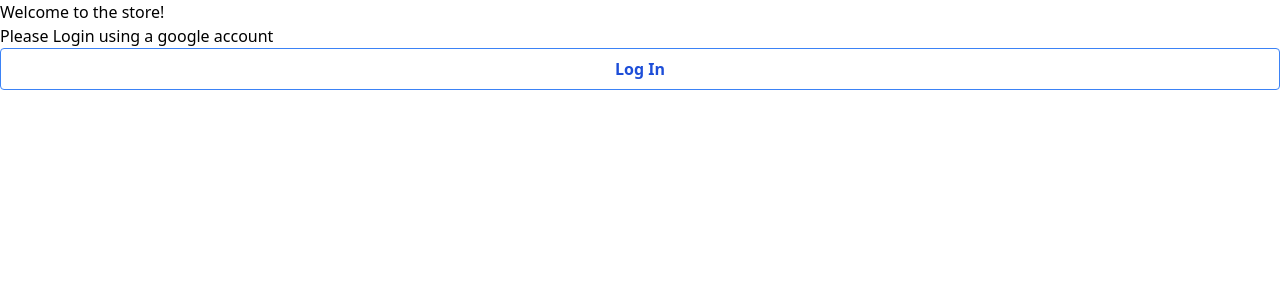
Repository: Siravian-index/rehab-store
Page: /store
These files come from the project's save history. The page is drawn as it stood at one moment and after the next save; the edit follows.
The browser window is 1280 px wide. The pictures show the whole page.
The project was rebuilt for these pictures with package versions that can differ from the ones it lists, and the page was loaded fresh each time. Also part of the build but not shown: craco.config.js, src/components/Footer.jsx, src/components/LogoutButton.jsx, src/components/Navbar.jsx.

Above is the page before, as saved 2021-11-01 08:43:20.

### src/index.js
import React from 'react';
import ReactDOM from 'react-dom';
import App from './App';
import './index.css';
import { Auth0Provider } from '@auth0/auth0-react';

ReactDOM.render(
  <Auth0Provider
    domain='dev-2rv8c3jm.us.auth0.com'
    clientId='SVkXn8UGq2ma8B16C4MihKOtDp8EGrJX'
    redirectUri={window.location.origin}
  >
    <App />
  </Auth0Provider>,
  document.getElementById('root')
);

### src/App.js
import { useAuth0 } from '@auth0/auth0-react';

import Footer from './components/Footer';
import Navbar from './components/Navbar';
import WelcomePage from './components/WelcomePage';

const App = () => {
  const { isAuthenticated, isLoading } = useAuth0();

  if (isLoading) {
    return <div>Loading ...</div>;
  }

  return isAuthenticated ? (
    <div>
      <Navbar />
      {/* action boxes */}
      <Footer />
    </div>
  ) : (
    <WelcomePage />
  );
};

export default App;

### src/components/WelcomePage.jsx
import LoginButton from './LoginButton';

const WelcomePage = () => {
  return (
    <div className='flex flex-col'>
      <h3>Welcome to the store!</h3>
      <p>Please Login using a google account </p>
      <LoginButton />
    </div>
  );
};

export default WelcomePage;

### src/components/LoginButton.jsx
import React from 'react';
import { useAuth0 } from '@auth0/auth0-react';

const LoginButton = () => {
  const { loginWithRedirect } = useAuth0();

  return (
    <button
      className='bg-transparent hover:bg-blue-500 text-blue-700 font-semibold hover:text-white py-2 px-4 border border-blue-500 hover:border-transparent rounded'
      onClick={() => loginWithRedirect()}
    >
      Log In
    </button>
  );
};

export default LoginButton;

Loaded but not shown: public/index.html (common file); src/index.css (common file); tailwind.config.js (common file)

After the next save:
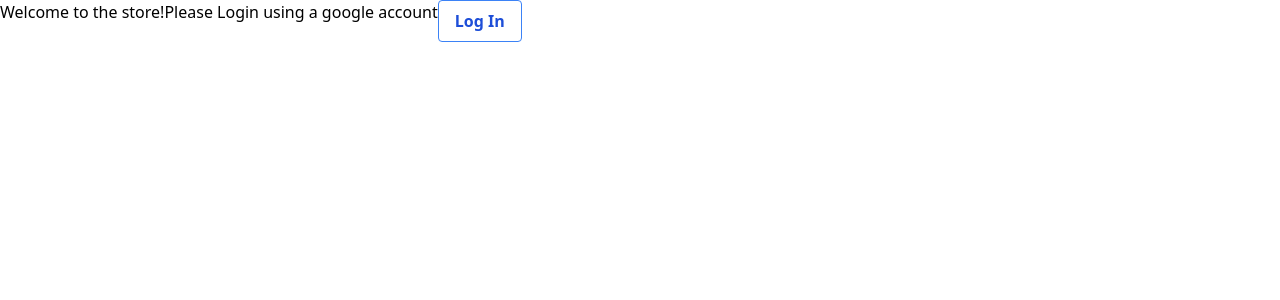
Saved 13 s later.
--- a/src/components/WelcomePage.jsx
+++ b/src/components/WelcomePage.jsx
@@ -2,7 +2,7 @@ import LoginButton from './LoginButton';
 
 const WelcomePage = () => {
   return (
-    <div className='flex flex-col'>
+    <div className='flex'>
       <h3>Welcome to the store!</h3>
       <p>Please Login using a google account </p>
       <LoginButton />
